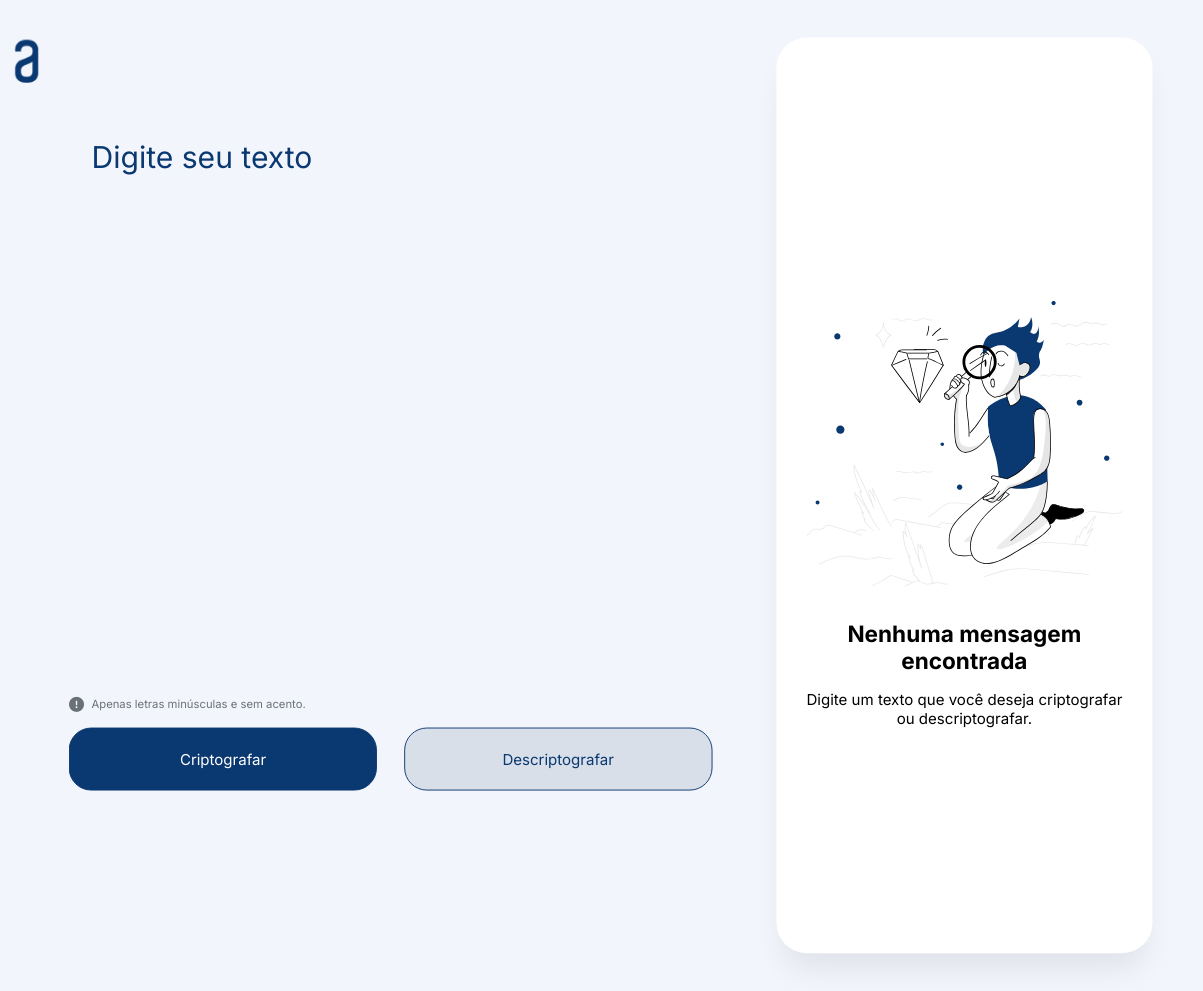
Repository: CarlosEduardoVdeOliveira/descodificador-de-texto
Page: index.html
The author's editor kept a copy of each file at every save. The page is drawn from the files as they stood at one save, then again after the next save.
The browser window is 1280 px wide. The pictures show the whole page, at 94% of full size.

Above is the page before, as saved 2023-04-14 12:49:47.

### index.html
<!DOCTYPE html>
<html lang="en">
<head>
   <meta charset="UTF-8">
   <link rel="preconnect" href="https://fonts.googleapis.com">
   <link rel="preconnect" href="https://fonts.gstatic.com" crossorigin>
   <meta http-equiv="X-UA-Compatible" content="IE=edge">
   <meta name="viewport" content="width=device-width, initial-scale=1.0">
   <link href="https://fonts.googleapis.com/css2?family=Inter:wght@400;700&display=swap" rel="stylesheet">
   <link rel="stylesheet" href="https://cdnjs.cloudflare.com/ajax/libs/font-awesome/6.4.0/css/all.min.css" integrity="sha512-iecdLmaskl7CVkqkXNQ/ZH/XLlvWZOJyj7Yy7tcenmpD1ypASozpmT/E0iPtmFIB46ZmdtAc9eNBvH0H/ZpiBw==" crossorigin="anonymous" referrerpolicy="no-referrer" />
   <link rel="stylesheet" href="/src/styles/reset.css">
   <link rel="stylesheet" href="/src/styles/index.css">
   <link rel="stylesheet" href="/src/styles/tablet.css">
   <link rel="stylesheet" href="/src/styles/mobile.css">
   <link rel="shortcut icon" href="/src/images/imageLogo2.png" type="image/x-icon">
   <title>Decodificador</title>
</head>
<body>
   <section>
      <img src="/src/images/imageLogo2.png"
         alt='logo da Alura'>
      <div class="highlight">
         <textarea placeholder="Digite seu texto" autofocus></textarea>
         <div class="info">
            <span>
               <i class="fa-solid fa-circle-exclamation"></i>
               Apenas letras minúsculas e sem acento.
            </span>
            <div class="info-group-button">
               <button class="button-cryptography">Criptografar</button>
               <button class="button-decryption">Descriptografar</button>
            </div>
         </div>
      </div>
      <div class="text-cryption">
         <img src="/src/images/imageHighLight.svg" alt="">
         <div>
            <h2>Nenhuma mensagem encontrada</h2>
            <p>
               Digite um texto que você deseja criptografar ou descriptografar.
            </p>
         </div>

      </div>
   </section>
   <script src="/src/scripts/index.js"></script>
</body>
</html>

### src/styles/reset.css
:root{
   --light-gray: #D8DFE8;
   --gray-100: #CED4DA;
   --gray-200: #ADB5BD;
   --gray-300: #868E96;
   --gray-400: #495057;
   --gray-500: #343A40;
   --light-blue-100: #F3F5FC;
   --light-blue-200: #EFF1FA;
   --light-blue-300: #E9ECF8;
   --light-blue-400: #AAB2D5;
   --light-blue-500: #757FB2;
   --dark-blue-100: #609ED4;
   --dark-blue-200: #356EA9;
   --dark-blue-300: #0A3871;
   --dark-blue-400: #072B61;
   --dark-blue-500: #052051;
}
*{
   margin: 0;
   padding: 0;
   box-sizing: border-box;
}

html, input, textarea, button{
   background-color: var(--light-blue-100);
   font-family:  'Inter', sans-serif;
   font-size: 1rem;
   -webkit-font-smoothing: antialiased;
   -moz-osx-font-smoothing: grayscale;
}

### src/styles/index.css
body{
   background-color: var(--light-blue-100);
}
img{
   width: 1.943rem;
   height: 3rem;
   margin-top: 2.5rem;
}
section {
   display: flex;
   justify-content: space-around;
   align-items: self-start;
   margin: 0 auto;
}
.highlight{
   display: flex;
   flex-direction: column;
   margin-top: 7.5rem;
}
textarea{
   width: 100%;
   height: calc(100vh - 100px);
   font-size: 32px;
   line-height: 150%;
   background-color: var(--light-blue-100);
   color: var(--dark-blue-300);
   border: none;
   resize: none;
   margin: 0 auto;
   padding: 1.5rem;
}
textarea:focus{
   outline: 0;
}

textarea::placeholder{
   color: var(--dark-blue-300);
}
span{
   display: flex;
   align-items: center;
   font-size: 12px;
   color: var(--gray-400);
   line-height: 150%;
   opacity: 0.8;
   margin-bottom: 1rem;
}
i{
   color: var(--gray-400);
   margin-right: 0.5rem;
   font-size: 1rem;
}

button{
   padding: 1.5rem;
   width: 328px;
   height: 67px;
   border-radius: 1.5rem;
   cursor: pointer;
   font-size: 1rem;
   line-height: 19px;
   border: 1px solid var(--dark-blue-300);
   transition: all .2s;
}
.info{
   background-color: var(--light-blue-100);
}
.button-cryptography{
   background-color: var(--dark-blue-300);
   color: white;
   margin-right: 1.5rem;
}
.button-cryptography:hover{
   background-color: var(--dark-blue-400);
}
.button-decryption{
   background: var(--light-gray);
   color: var(--dark-blue-300);
}
.button-decryption:hover{
   background-color: var(--light-blue-200);
}
.text-cryption{
   width: 25rem;
   margin: 2.5rem;
   padding: 15rem 2rem;
   text-align: center;
   background-color: white;
   /* shadow */
   box-shadow: 0px 24px 32px -8px rgba(0, 0, 0, 0.08);
   border-radius: 32px;
}
.text-cryption img{
   width: 21rem;
   height: 19rem;
}
.text-cryption div{
   display: flex;
   flex-direction: column;

   margin-top: 2rem;
   padding: 0px;
   gap: 16px;
}

textarea.textarea-output{
   font-size: 1.5rem;
   color: var(--gray-400);
   height: calc(100vh - 100px);
   padding: 1rem;
}
.text-cryption-whit-text{
   padding: 1rem;
}

.button-copy-cryption{
   background-color: white;
}
.button-copy-cryption:hover{
   background-color: var(--light-blue-200);
}

### src/styles/tablet.css
@media (max-width: 768px) {
   section{
      display: block;
   }
   img{
      margin: 1rem;
   }
   .textarea-input{
      margin: 0 auto;
   }
   .info{
      display: flex;
      flex-direction: column;
      margin: 0 auto;
   }
   .text-cryption{
      width: 43rem;
      height: 8.313rem;
      padding: 0;
      margin: 1.5rem auto;
   }
   .text-cryption img{
      display: none;
   }
}

### src/styles/mobile.css
@media (max-width: 375px) {
   img{
      margin: 1rem;
   }
   .info{
      margin: 0 auto;
   }
   .info-group-button{
      display: flex;
      flex-direction: column;
   }
   .info-group-button .button-cryptography{
      margin-bottom: 1.5rem;
   }
   .text-cryption{
      width: 20.438rem;
      height: 11.625rem;
      padding: 0;
      margin: 1.5rem auto;
   }
}

### src/scripts/index.js
const elementTextarea = document.querySelector("textarea");
const areaCryption = document.querySelector(".text-cryption");
const buttonCryptography = document.querySelector(".button-cryptography");
const buttonDecryption = document.querySelector(".button-decryption");




function encryptText() {
   const textareaValue = elementTextarea.value;
   if (textareaValue.length > 0) {
      areaCryption.classList.add("text-cryption-whit-text")
      return areaCryption.innerHTML = `
         <textarea class="textarea-output">${(textareaValue)}</textarea>
         <button class="button-copy" id='copy' onclick="copyText()">Copiar</button>
      `;

   }
   return alert("Preencha o campo!")
}

function decryptText() {
   /*    const textareaValue = elementTextarea.value;
      if ( textareaValue.length > 0) {
         areaCryption.classList.add("text-cryption-whit-text");
         areaCryption.innerHTML = `
            <textarea class="textarea-output">${textareaValue}</textarea>
            <button class="button-copy" id="copy">Copiar</button>
         `;

      }
      return alert("Preencha o campo!") */
}
/* const buttonCopy = document.querySelector("#copy"); */

async function copyText() {
   const textareaOutput = document.querySelector('.textarea-output');
   await textareaOutput.select();
   document.execCommand('copy');
   alert("Texto copiado para área de trasferência!");
}

buttonCryptography.addEventListener('click', encryptText);
buttonDecryption.addEventListener('click', decryptText);

/**
 * a b c d e f g h i j k l m n o p q r s t u v w x y z
 * r s t u v w x y z a b c d e f g h i j k l m n o p q
 * jhysvz
 * carlos
 * 97 até 122
 * a  ==  j
 * 97 == 106
 * se o codigo for igual a 97 ele recebe j
 * se ele for igual a 122 ele recebe 113
 */



function cifraCesar(value){
   let cryptograph = ''
   let newValue = ''
   for (let i = 0; i < value.length; i++) {
      if(value.charCodeAt(i) >= 97 &&
         value.charCodeAt(i) <= 122 ||
         value.charCodeAt(i) === 32){

         cryptograph += value.charCodeAt(i);
         newValue += value.charAt(i).toLowerCase()

      }
   }
   return {cryptograph, newValue, value}
}
console.log(cifraCesar('avalue jvalue'))

After the next save:
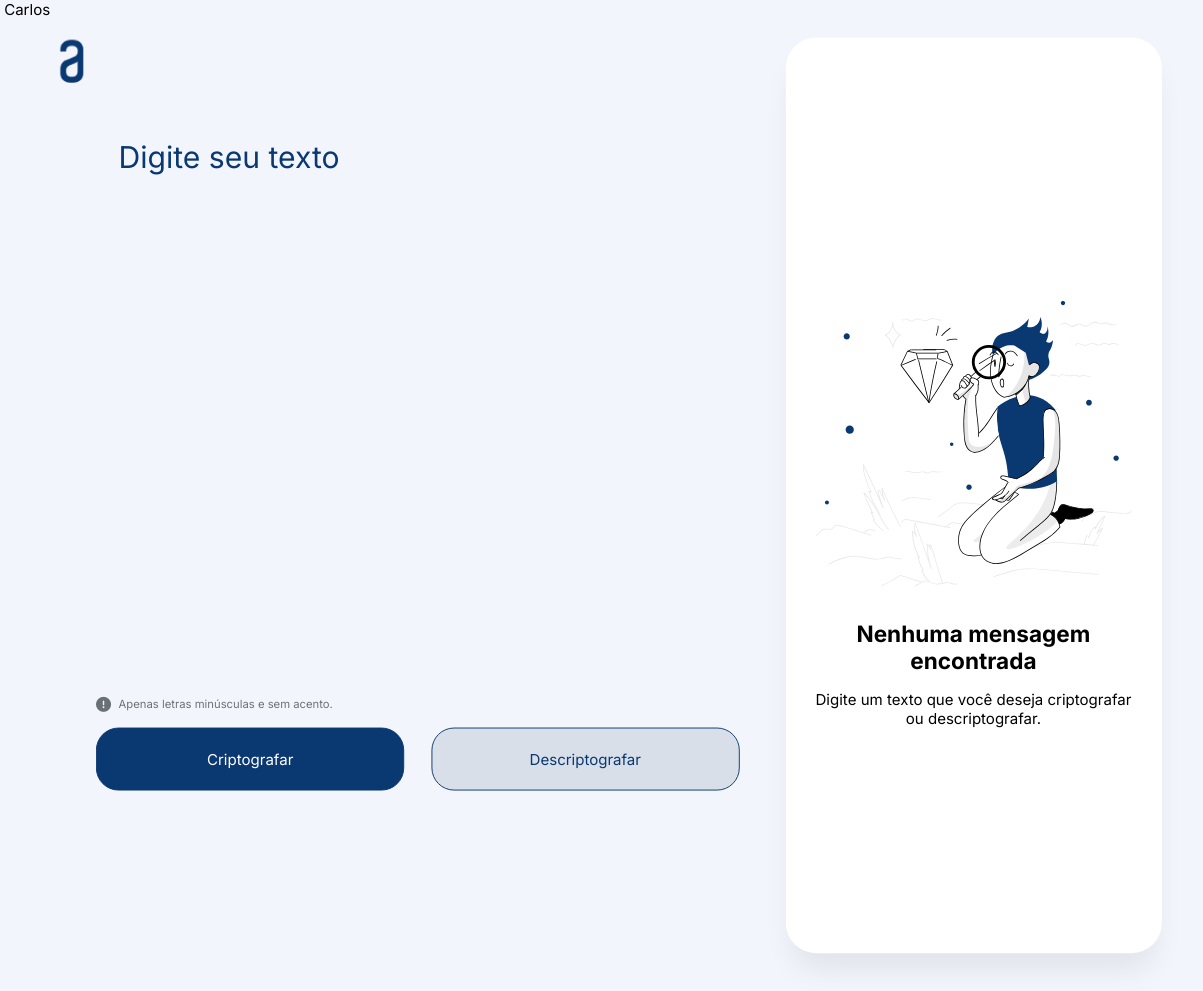
Saved 2 h 10 min later.
--- a/index.html
+++ b/index.html
@@ -17,6 +17,7 @@
 </head>
 <body>
    <section>
+      <p id="test">Carlos</p>
       <img src="/src/images/imageLogo2.png"
          alt='logo da Alura'>
       <div class="highlight">
